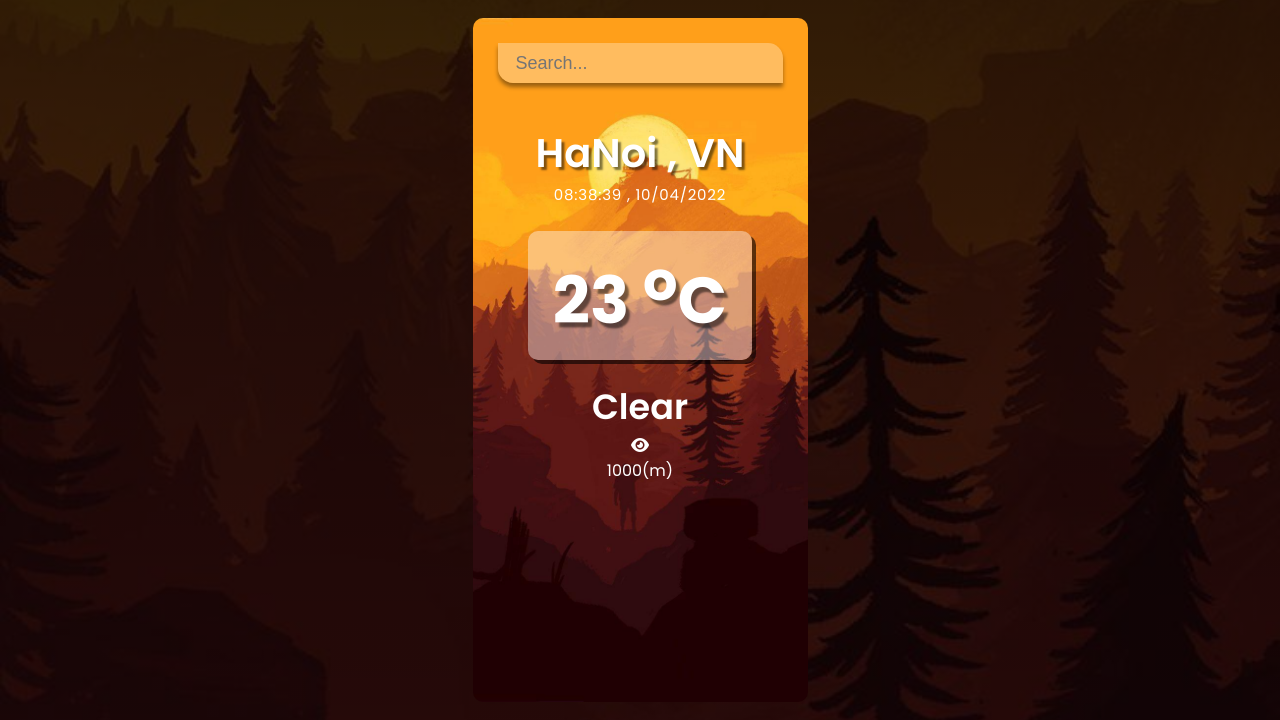
Repository: NguyenDuc-Huy/API_WEATHER
Page: index.html
These files come from the project's save history. The page is drawn as it stood at one moment and after the next save; the edit follows.
The browser window is 1280 px wide. The pictures show the whole page.
Some web libraries are served in a nearby version.

Above is the page before, as saved 2022-04-10 09:35:40.

### index.html
<!DOCTYPE html>
<html lang="en">

<head>
    <meta charset="UTF-8">
    <meta http-equiv="X-UA-Compatible" content="IE=edge">
    <meta name="viewport" content="width=device-width, initial-scale=1.0">
    <link rel="stylesheet" href="https://cdnjs.cloudflare.com/ajax/libs/font-awesome/6.1.1/css/all.min.css">
    <link rel="preconnect" href="https://fonts.googleapis.com">
    <link rel="preconnect" href="https://fonts.gstatic.com" crossorigin>
    <link href="https://fonts.googleapis.com/css2?family=Poppins:wght@300;400;500;600;700;800&display=swap"
        rel="stylesheet">
    <link rel="stylesheet" href="style.css">
    <title>Weather app</title>
</head>

<body>
    <div id="weather">
        <input type="text" class="search" placeholder="Search...">
        <div class="content">
            <div class="location">
                <span class="city">HaNoi</span>
                <span>,</span>
                <span class="country">VN</span>
            </div>
            <div class="datetime">
                <span class="time">08:38:39</span>
                <span>,</span>
                <span class="date">10/04/2022</span>
            </div>
            <div class="temperature">
                <span class="no">23</span>
                <span class="degree"><sup>o</sup>C</span>
            </div>
            <p class="desc">Clear</p>
            <div class="more-desc">
                <div>
                    <i class="fa-solid fa-eye"></i>
                    <p>1000(m)</p>
                </div>
            </div>
        </div>
    </div>
</body>
<script src="app.js"></script>

</html>

### style.css
* {
  margin: 0;
  padding: 0;
  box-sizing: border-box;
}
body {
  width: 100vw;
  height: 100vh;
  display: flex;
  justify-content: center;
  align-items: center;
  font-family: "Poppins", sans-serif;
  background: linear-gradient(to bottom, rgba(0, 0, 0, 0.8), rgba(0, 0, 0, 0.6)),
    url("./image/hot.png") no-repeat center/cover;
}
#weather {
  background: url("./image/hot.png") no-repeat center/cover;
  width: 335px;
  height: 95vh;
  display: flex;
  flex-direction: column;
  align-items: center;
  padding: 25px;
  border-radius: 10px;
}
.search {
  border-radius: 0 15px 0 15px;
  border: none;
  outline: none;
  padding: 15px 18px;
  width: 100%;
  height: 40px;
  font-size: 18px;
  box-shadow: 0 4px 4px rgba(0, 0, 0, 0.4);
  background-color: rgba(255, 255, 255, 0.3);
  transition: all 0.3s;
}
.search:focus {
  border-radius: 15px 0 15px 0;
  background-color: rgba(255, 255, 255, 0.8);
}
.content {
  color: #fff;
  text-align: center;
}
.location {
  margin-top: 40px;
  font-size: 40px;
  font-weight: 600;

  text-shadow: 3px 3px 2px rgba(0, 0, 0, 0.5);
}
.datetime {
  font-size: 15px;
  letter-spacing: 0.8px;
}
.temperature {
  font-size: 65px;
  margin-top: 25px;
  background-color: rgba(255, 255, 255, 0.4);
  box-shadow: 4px 4px rgba(0, 0, 0, 0.6);
  padding: 10px 25px;
  border-radius: 10px;
  text-shadow: 4px 5px 2px rgba(0, 0, 0, 0.5);
  font-weight: 700;
}
.desc {
  margin-top: 20px;
  font-weight: 600;
  font-size: 35px;
}

Loaded but not shown: app.js (no copy from this time; the picture is the same without it)

After the next save:
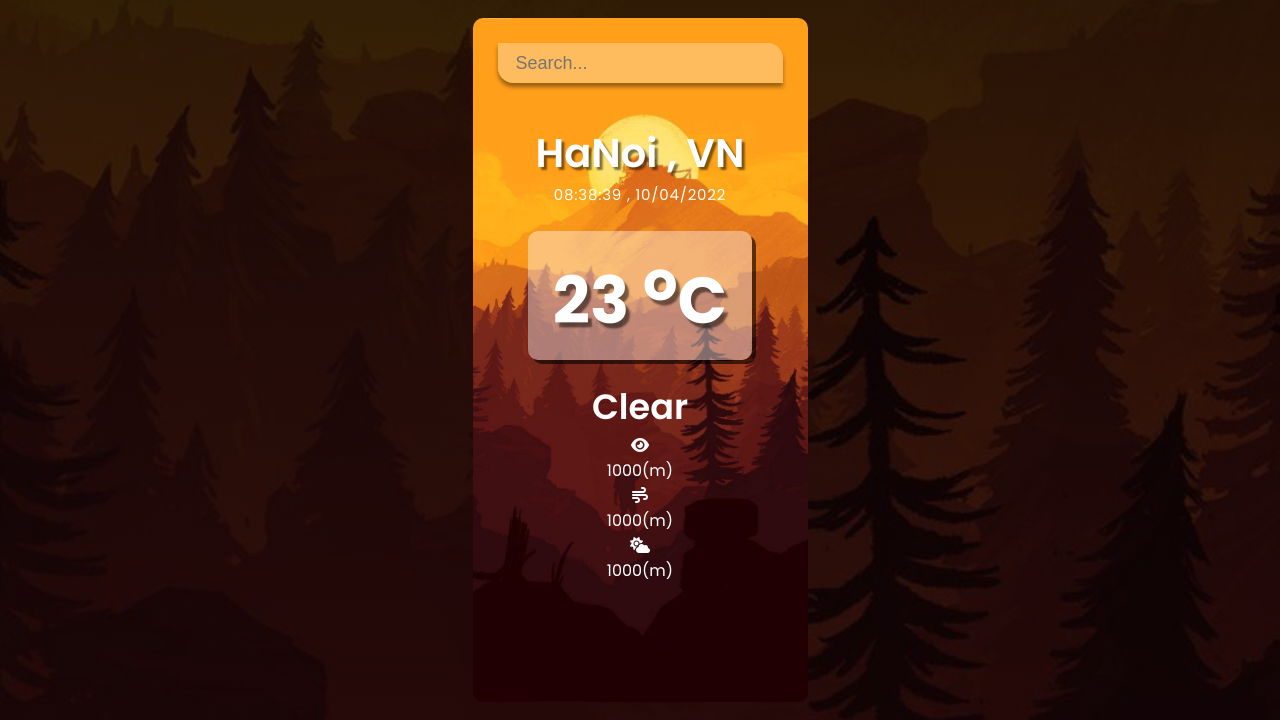
Saved 49 s later.
--- a/index.html
+++ b/index.html
@@ -38,6 +38,14 @@
                     <i class="fa-solid fa-eye"></i>
                     <p>1000(m)</p>
                 </div>
+                <div>
+                    <i class="fa-solid fa-wind"></i>
+                    <p>1000(m)</p>
+                </div>
+                <div>
+                    <i class="fa-solid fa-cloud-sun"></i>
+                    <p>1000(m)</p>
+                </div>
             </div>
         </div>
     </div>
